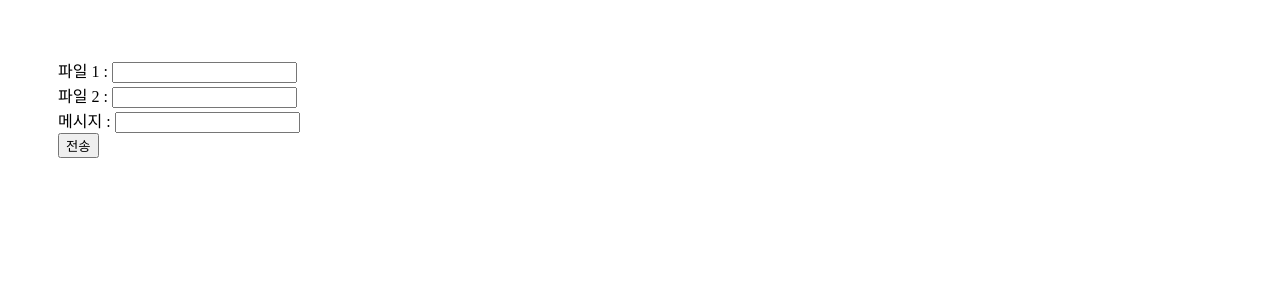
Repository: yeobinJeong/demoweb
Page: http://localhost/example-web/jspdemo/07.fileupload.jsp
The author's editor kept a copy of each file at every save. The page is drawn from the files as they stood at one save, then again after the next save.
The browser window is 1280 px wide. The pictures show the whole page.
The page is served by Tomcat 9.

Above is the page before, as saved 2016-04-11 01:44:05.

After the next save:
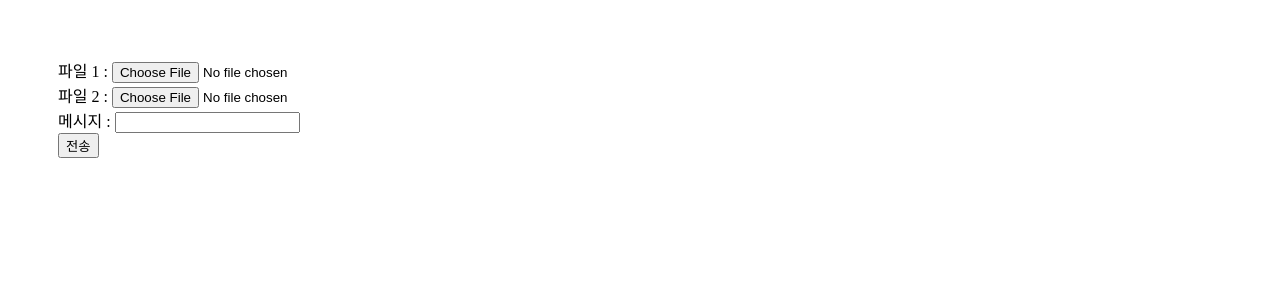
Saved 4 s later.
--- a/example-web/WebContent/jspdemo/07.fileupload.jsp
+++ b/example-web/WebContent/jspdemo/07.fileupload.jsp
@@ -11,8 +11,8 @@
 	<form action="07.fileupload.jsp"
 		  method="post"
 		  enctype="multipart/form-data">
-		파일 1 : <input type="" name="file1" /><br />
-		파일 2 : <input type="" name="file2" /><br />
+		파일 1 : <input type="file" name="file1" /><br />
+		파일 2 : <input type="file" name="file2" /><br />
 		메시지 : <input type="text" name="message" /><br />
 		<input type="submit" value="전송" />
 	</form>
